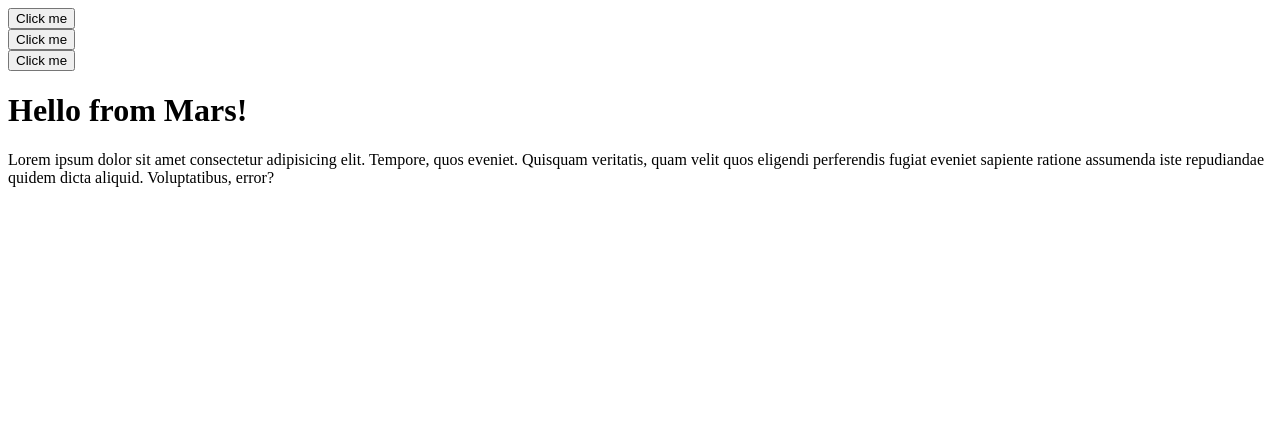
Repository: imokha01/DOM
Page: index.html
The author's editor kept a copy of each file at every save. The page is drawn from the files as they stood at one save, then again after the next save.
The browser window is 1280 px wide. The pictures show the whole page.

Above is the page before, as saved 2023-12-18 12:23:09.

### index.html
<!DOCTYPE html>
<html lang="en">
  <head>
    <meta charset="UTF-8" />
    <meta name="viewport" content="width=device-width, initial-scale=1.0" />
    <title>Document</title>
    <link rel="stylesheet" href="./index.css" />
  </head>
  <body>
    <button>Click me</button> <br>
    <button>Click me</button> <br>
    <button>Click me</button>

    <h1>Hello from Mars!</h1>
    <span class="text-desc" id="main-paragraph">
      Lorem ipsum dolor sit amet consectetur adipisicing elit. Tempore, quos
      eveniet.
    </span>
    <span class="text-desc">
      Quisquam veritatis, quam velit quos eligendi perferendis fugiat eveniet
    </span>
    <span id="without-style">
      sapiente ratione assumenda iste repudiandae quidem dicta aliquid.
      Voluptatibus, error?
    </span>
    <script src="./index.js"></script>
  </body>
</html>

### index.js
// const button = document.getElementsByTagName("button")[0]
// console.log(button)

// button.style.backgroundColor = "skyblue"
// button.style.padding = "20px";
// button.style.border = "none";
// button.style.borderRadius = "10px";
// button.style.fontSize  = "1.5em";
// button.style.color = "red";

// const body = document.querySelector("body")
// body.style.backgroundColor = "lightgreen";

const newDiv = document.createElement("div");
const newContent = document.createTextNode("hey, What is up");
newDiv.appendChild(newContent);
console.log(newDiv)

Loaded but not shown: index.css (no copy from this time; the picture is the same without it)

After the next save:
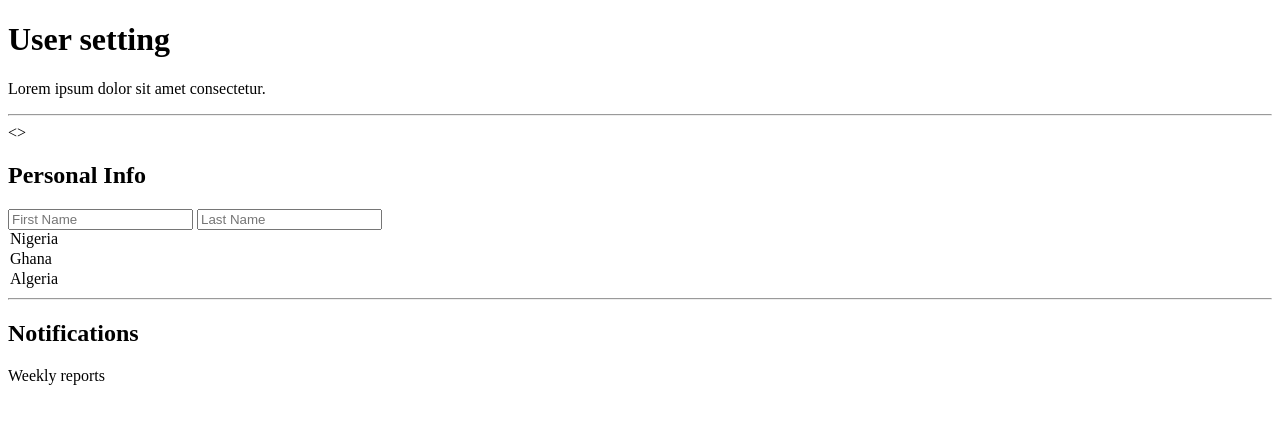
Saved 28 h 25 min later.
--- a/index.html
+++ b/index.html
@@ -6,23 +6,39 @@
     <title>Document</title>
     <link rel="stylesheet" href="./index.css" />
   </head>
-  <body>
-    <button>Click me</button> <br>
-    <button>Click me</button> <br>
-    <button>Click me</button>
+<body>
+  <div class="form_container">
+    <form action="#">
+      <div>
+          <h1>User setting</h1>
+          <p>Lorem ipsum dolor sit amet consectetur.</p>
+      </div>
+      <hr>
+      <>
+        <h2>Personal Info</h2>
+        <input type="text" class="firstName" placeholder="First Name">
+        <input type="text" class="lastName" placeholder="Last Name">
+       <section>
+            <option value="country" disabled hidden selected>Country</option>
+            <option value="Nigeria">Nigeria</option>
+            <option value="ghana">Ghana</option>
+            <option value="algeria">Algeria</option>
+      </section>
+        <hr>
+        <div>
+          <h2>Notifications</h2>
+          <div class="weeklyReport">
+            <p class="week-para">Weekly reports</p>
 
-    <h1>Hello from Mars!</h1>
-    <span class="text-desc" id="main-paragraph">
-      Lorem ipsum dolor sit amet consectetur adipisicing elit. Tempore, quos
-      eveniet.
-    </span>
-    <span class="text-desc">
-      Quisquam veritatis, quam velit quos eligendi perferendis fugiat eveniet
-    </span>
-    <span id="without-style">
-      sapiente ratione assumenda iste repudiandae quidem dicta aliquid.
-      Voluptatibus, error?
-    </span>
+          </div>
+        </div>
+
+      </div>
+
+    </form>
+
+
+  </div>
     <script src="./index.js"></script>
   </body>
 </html>
--- a/index.js
+++ b/index.js
@@ -15,3 +15,5 @@ const newDiv = document.createElement("div");
 const newContent = document.createTextNode("hey, What is up");
 newDiv.appendChild(newContent);
 console.log(newDiv)
+
+const button = document.createElement("button")
